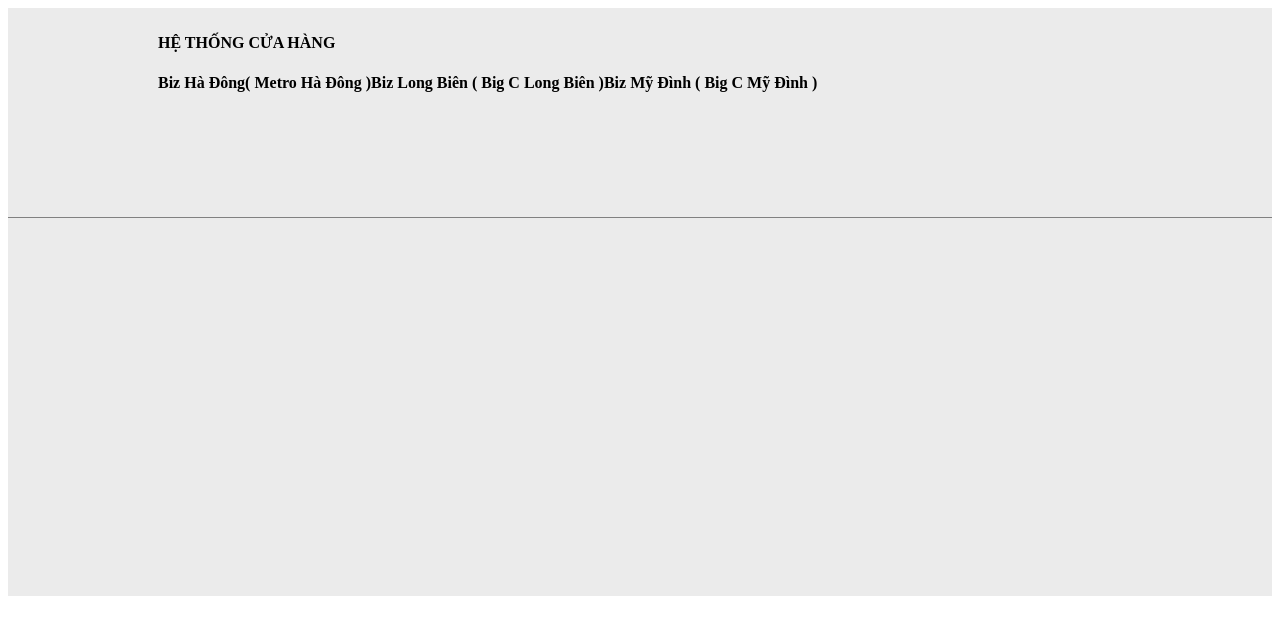
Repository: LongNguyen2504/T3H-FrondEnd
Page: lesson4_css_homework1.html
An editor plug-in stored every save of this project. The page is shown before and after the next save, followed by the edit.
The browser window is 1280 px wide. The pictures show the whole page.

Above is the page before, as saved 2021-12-04 20:39:46.

### lesson4_css_homework1.html
<!DOCTYPE html>
<html lang="en">
<head>
    <meta charset="UTF-8">
    <meta http-equiv="X-UA-Compatible" content="IE=edge">
    <meta name="viewport" content="width=device-width, initial-scale=1.0">
    <title>Document</title>
    <link rel="stylesheet" href="lesson4_css_homework1.css">
</head>
<body>
    <div class="top-div ancestor-div">
        <div class="row-div">
            <h4>HỆ THỐNG CỬA HÀNG</h4>
            <div class="row1-box-container">
                <div class="box1">
                    <strong>Biz Hà Đông( Metro Hà Đông )</strong>
                </div>
                <div class="box2">
                    <strong>Biz Long Biên ( Big C Long Biên )</strong>
                </div>
                <div class="box3">
                    <strong>Biz Mỹ Đình ( Big C Mỹ Đình )</strong>
                </div>
            </div>
        </div>
    </div>
    <div class="footer-div ancestor-div"></div>
</body>
</html>

### lesson4_css_homework1.css
*{
    box-sizing: border-box;
}
.ancestor-div{
    background-color: #ebebeb;
    justify-content: center;
    font-family: 'Times New Roman', Times, serif;

}
.top-div{
    width: 100%;
    height: 210px;
    border-bottom: 1px solid gray;
    position: relative;

}
.footer-div{
    width: 100%;
    height: 378px;
}
.row-div{
    width: 70%;
    height: 200px;
    position: absolute;
    top: 5px;
    left: 150px;
}
.row1-box-container{
    display: flex;
    overflow: auto;

}
.box1,.box2,.box3{
   padding: auto;;
}

After the next save:
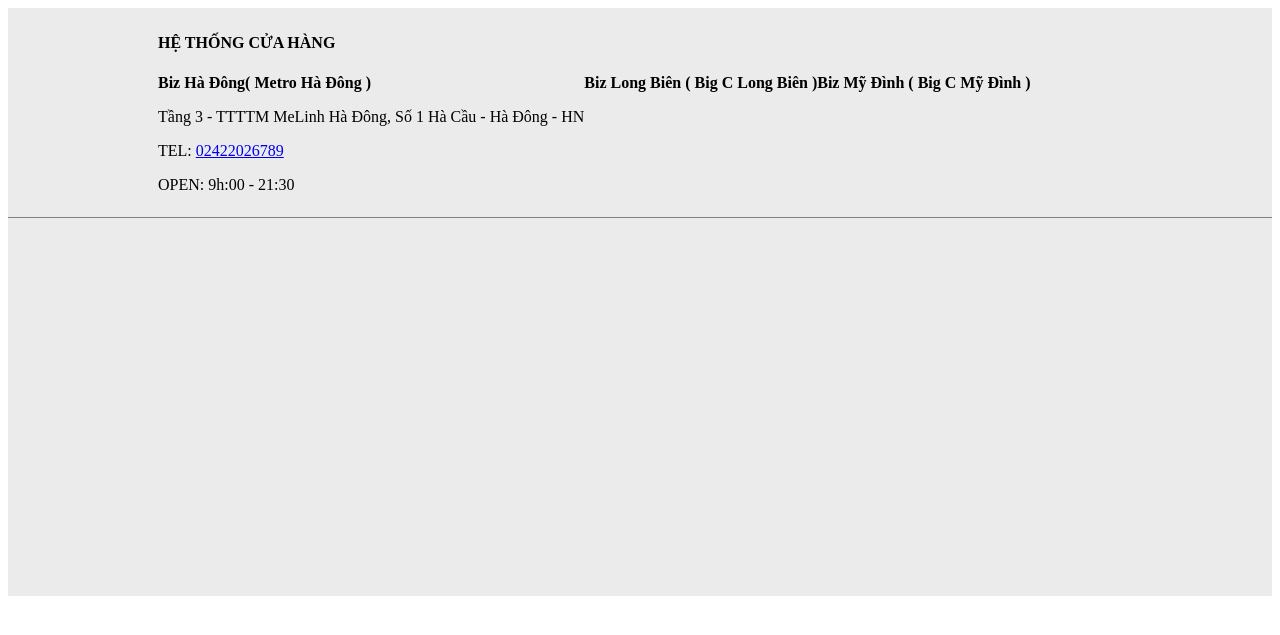
Saved 90 s later.
--- a/lesson4_css_homework1.html
+++ b/lesson4_css_homework1.html
@@ -14,6 +14,9 @@
             <div class="row1-box-container">
                 <div class="box1">
                     <strong>Biz Hà Đông( Metro Hà Đông )</strong>
+                    <p>Tầng 3 - TTTTM MeLinh Hà Đông, Số 1 Hà Cầu - Hà Đông - HN</p>
+                    <p>TEL: <a href="#1">02422026789</a></p>
+                    <p>OPEN: 9h:00 - 21:30</p>
                 </div>
                 <div class="box2">
                     <strong>Biz Long Biên ( Big C Long Biên )</strong>
